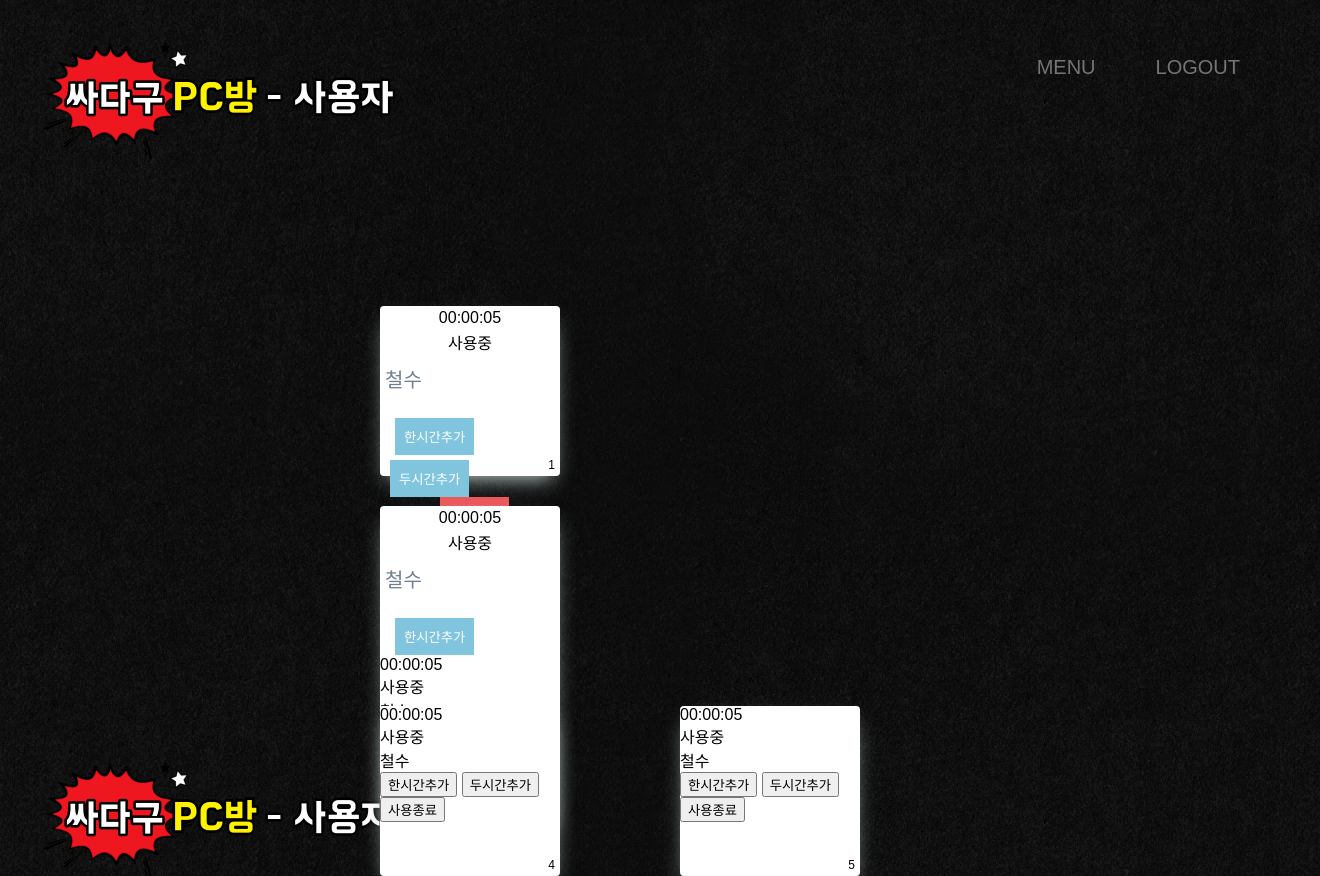
Repository: lkwoung/webProject-assignment
Page: http://localhost/CheapPC/userSeat.jsp
These files come from the project's save history. The page is drawn as it stood at one moment and after the next save; the edit follows.
The browser window is 1280 px wide. The page is 1320 px wide, so the pictures cover 1320 px, including what lies to the right of the window. The pictures show the whole page.
Backgrounds fixed to the window are drawn as part of the page. Some web fonts or font styles are not loaded; a fallback is used. The page is served by Tomcat 9.

Above is the page before, as saved 2020-12-13 13:31:04.

After the next save:
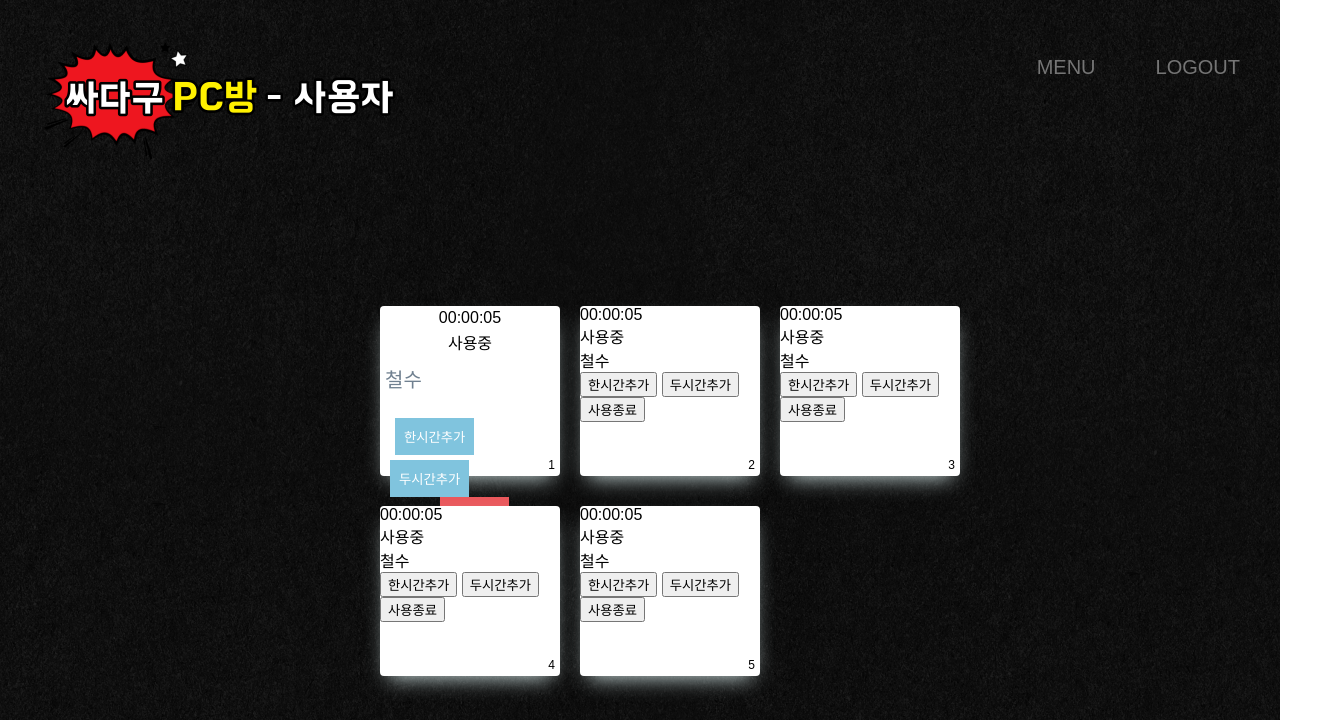
Saved 2 min 50 s later.
--- a/CheapPC/WebContent/userSeat.jsp
+++ b/CheapPC/WebContent/userSeat.jsp
@@ -39,7 +39,7 @@
          <input type="button" style="background:#EA575B; margin-left:50px; color:#fff;border:none; font-family:'Hanna', sans-serif;padding:10px;"onclick="fucEndTimer(0);" value="사용종료"/>
          </div>
           </div>
-             </div>
+
         </div>
       </div>
     </div>
@@ -48,13 +48,12 @@
         <div class="button r" id="button-2">
           <div class="knobs"></div>
              <div class="layer">
-                <div class="1" style="text-align:center;padding-top:3px;">00:00:00</div>
-         <div id="1-state" style="text-align:center;padding-top:3px;padding-bottom:10px;">사용중</div>
-         <div id="1-user" style="padding-left:5px; font-size:20px; color:#708090; padding-bottom:20px;"> </div>
-         <div class="1buttons" style="top:20%; padding-left:10px; ">
-         <input type="button" style="background:#80C4DE; margin:5px;color:#fff;border:none; font-family:'Hanna', sans-serif;padding:9px;"onclick="fncAddTime(0,3600);" value="한시간추가"/>
-         <input type="button" style="background:#80C4DE; color:#fff;border:none; font-family:'Hanna', sans-serif;padding:9px;"onclick="fncAddTime(0,7200);" value="두시간추가"/>
-         <input type="button" style="background:#EA575B; margin-left:50px; color:#fff;border:none; font-family:'Hanna', sans-serif;padding:10px;"onclick="fucEndTimer(0);" value="사용종료"/>
+                <div class="1">00:00:00</div>
+                <div id="1-state">사용중</div>
+                <div id="1-user"> </div>
+            <input type="button" onclick="fncAddTime(1,3600);" value="한시간추가"/>
+            <input type="button" onclick="fncAddTime(1,7200);" value="두시간추가"/>
+            <input type="button" onclick="fucEndTimer(1);" value="사용종료"/>
          </div>
         </div>
       </div>
